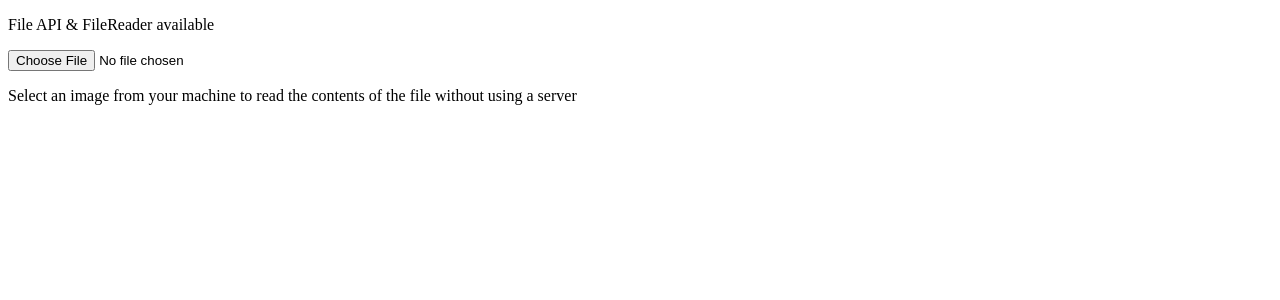
Repository: minkyung0421/jsp_travel_project
Page: http://localhost/Travel_Project/layerTest.jsp
An editor plug-in stored every save of this project. The page is shown before and after a run of saves, followed by the edit.
The browser window is 1280 px wide. The pictures show the whole page.
Some web libraries are served in a nearby version. The page is served by Tomcat 9.

Above is the page before, as saved 2018-08-21 02:40:10.

After the next 2 saves:
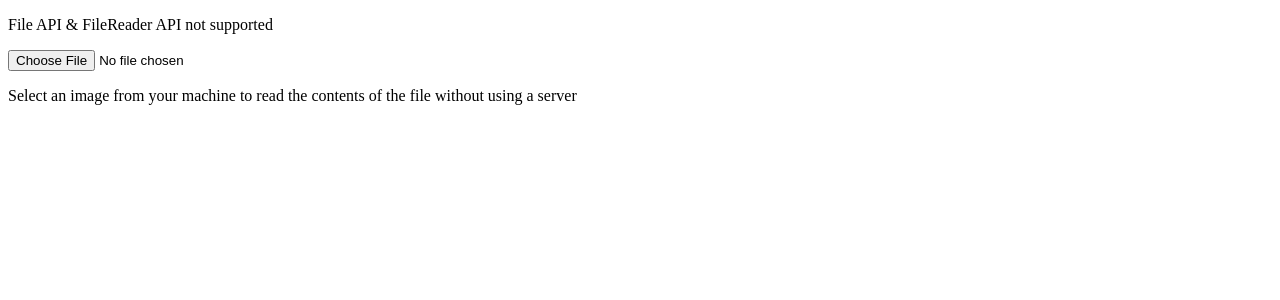
The 2 saves are shown as one change because they came seconds apart.
The last was saved 26 s later.
--- a/jsp_travel_project/Travel_Project/WebContent/layerTest.jsp
+++ b/jsp_travel_project/Travel_Project/WebContent/layerTest.jsp
@@ -22,15 +22,8 @@
 </article>
 <script>
 var upload = document.getElementsByTagName('input')[0],
-    holder = document.getElementById('holder'),
-    state = document.getElementById('status');
+    holder = document.getElementById('holder');
 
-if (typeof window.FileReader === 'undefined') {
-  state.className = 'fail';
-} else {
-  state.className = 'success';
-  state.innerHTML = 'File API & FileReader available';
-}
 
 upload.onchange = function (e) {
   e.preventDefault();
